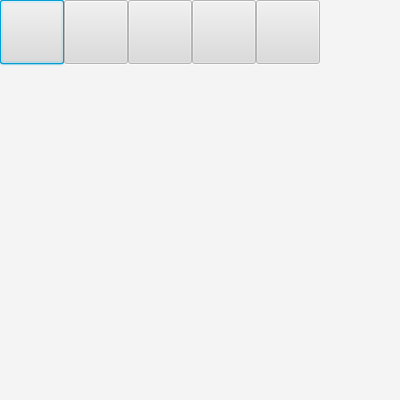
Repository: Lejtek/Java_Der_umfassende_Java_Einsteigerkurs
Program's window: java WidgetShortcut/src/application/Main.java
An editor plug-in stored every save of this project. The program's window is shown before and after the next save, followed by the edit.
It runs on Java 21 on a 1366 x 768 screen with JavaFX 11; the title bar is not drawn.

Above is the program's window before, as saved 2022-04-25 19:17:55.

### WidgetShortcut/src/application/Main.java
package application;

import javafx.application.Application;
import javafx.stage.Stage;
import javafx.scene.Scene;
import javafx.scene.control.Button;
import javafx.scene.layout.HBox;

public class Main extends Application {
	@Override
	public void start(Stage primaryStage) {
		try {
		    // Root Node - Layout der Szene
			HBox root = new HBox();
			root.setPrefSize(340.0, 70.0);

			// Elemente erstellen wie Button etc.
			Button button1 = new Button();
			Button button2 = new Button();
			Button button3 = new Button();
            Button button4 = new Button();
            Button button5 = new Button();

            button1.setPrefSize(64.0, 64.0);
            button2.setPrefSize(64.0, 64.0);
            button3.setPrefSize(64.0, 64.0);
            button4.setPrefSize(64.0, 64.0);
            button5.setPrefSize(64.0, 64.0);

			// Elemente zum Root Node hinzufügen
            root.getChildren().add(button1);
            root.getChildren().add(button2);
            root.getChildren().add(button3);
            root.getChildren().add(button4);
            root.getChildren().add(button5);

			Scene scene = new Scene(root,400,400);
			scene.getStylesheets().add(getClass().getResource("application.css").toExternalForm());
			primaryStage.setScene(scene);
			primaryStage.show();
		} catch(Exception e) {
			e.printStackTrace();
		}
	}

	public static void main(String[] args) {
		launch(args);
	}
}

Loaded but not shown: WidgetShortcut/src/application/application.css (common file)

After the next save:
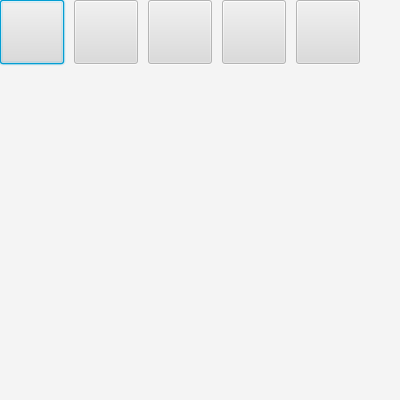
Saved 45 s later.
--- a/WidgetShortcut/src/application/Main.java
+++ b/WidgetShortcut/src/application/Main.java
@@ -13,6 +13,7 @@
 		    // Root Node - Layout der Szene
 			HBox root = new HBox();
 			root.setPrefSize(340.0, 70.0);
+			root.setSpacing(10.0);
 
 			// Elemente erstellen wie Button etc.
 			Button button1 = new Button();
